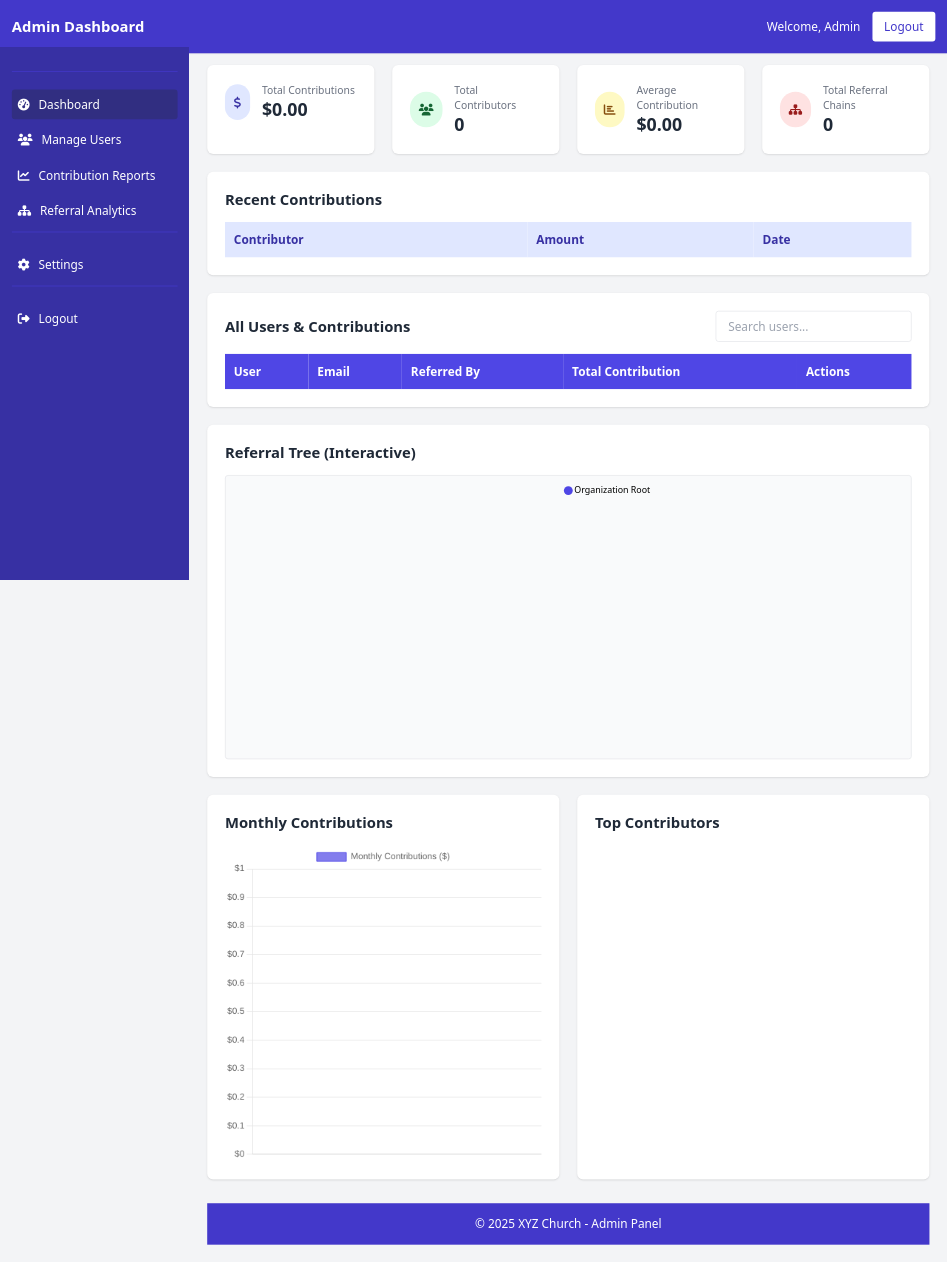
Repository: Lista-KM/church-platform
Page: http://localhost/admin/dashboard.php
An editor plug-in stored every save of this project. The page is shown before and after the next save, followed by the edit.
The browser window is 1280 px wide. The pictures show the whole page, at 74% of full size.
Some web libraries are served in a nearby version. The page is run by PHP 8.4 with error messages shown; the project is at /var/www/html/. The session is filled in as if someone had signed in: {"user_id": 1, "is_admin": 1}. Other server files are loaded and not shown. Queries for data that is not in the repository find no rows.

Above is the page before, as saved 2025-04-15 19:10:45.

### admin/dashboard.php
<?php
// ADMIN DASHBOARD - admin_dashboard.php
include '../includes/auth.php';
include '../includes/functions.php';
include '../includes/db.php';

if (!($_SESSION['is_admin'] ?? false)) {
    header("Location: dashboard.php");
    exit();
}

// Total contributions
$stmt = $pdo->query("SELECT SUM(amount) as total FROM contributions");
$total_contributions = $stmt->fetch()['total'] ?? 0;

// Get contribution metrics
$stmt_monthly = $pdo->query("SELECT
                          DATE_FORMAT(contributed_at, '%Y-%m') as month,
                          SUM(amount) as total
                        FROM contributions
                        GROUP BY DATE_FORMAT(contributed_at, '%Y-%m')
                        ORDER BY month DESC
                        LIMIT 6");
$monthly_data = $stmt_monthly->fetchAll();

// Average contribution
$stmt_avg = $pdo->query("SELECT AVG(amount) as average FROM contributions");
$avg_contribution = $stmt_avg->fetch()['average'] ?? 0;

// Total contributors
$stmt_contributors = $pdo->query("SELECT COUNT(DISTINCT user_id) as total FROM contributions");
$total_contributors = $stmt_contributors->fetch()['total'] ?? 0;

// Top 5 contributors
$stmt_top = $pdo->query("SELECT users.name, SUM(contributions.amount) as total
                      FROM contributions
                      JOIN users ON users.id = contributions.user_id
                      GROUP BY user_id
                      ORDER BY total DESC
                      LIMIT 5");
$top_contributors = $stmt_top->fetchAll();

// Recent contributions
$stmt_recent = $pdo->query("SELECT users.name, contributions.amount, contributions.contributed_at
                       FROM contributions
                       JOIN users ON users.id = contributions.user_id
                       ORDER BY contributed_at DESC
                       LIMIT 10");
$recent_contributions = $stmt_recent->fetchAll();

// Get all users and their contributions
$tree_stmt = $pdo->query("SELECT users.name, users.email, users.id, users.referred_by, COALESCE(SUM(contributions.amount),0) as total_contribution FROM users LEFT JOIN contributions ON users.id = contributions.user_id GROUP BY users.id");
$tree_data = $tree_stmt->fetchAll();
$users = $tree_data;

?>
<!DOCTYPE html>
<html lang="en">

<head>
    <meta charset="UTF-8">
    <meta name="viewport" content="width=device-width, initial-scale=1.0">
    <title>Admin Dashboard</title>
    <script src="https://cdn.tailwindcss.com"></script>
    <script src="https://d3js.org/d3.v7.min.js"></script>
    <script src="https://cdnjs.cloudflare.com/ajax/libs/Chart.js/3.9.1/chart.min.js"></script>
    <link rel="stylesheet" href="https://cdnjs.cloudflare.com/ajax/libs/font-awesome/6.4.0/css/all.min.css">
</head>

<body class="bg-gray-100 text-gray-800">
    <!-- Header -->
    <header class="bg-indigo-700 text-white p-4 flex justify-between items-center shadow fixed w-full z-10">
        <div class="flex items-center">
            <button id="sidebar-toggle" class="mr-3 text-white md:hidden">
                <i class="fas fa-bars text-xl"></i>
            </button>
            <h1 class="text-xl font-semibold">Admin Dashboard</h1>
        </div>
        <div class="flex items-center space-x-4">
            <span class="hidden md:inline">Welcome, <?php echo htmlspecialchars($_SESSION['name'] ?? 'Admin'); ?></span>
            <a href="../logout.php"
                class="bg-white text-indigo-700 px-4 py-2 rounded hover:bg-gray-100 transition">Logout</a>
        </div>
    </header>

    <div class="flex pt-16">
        <!-- Sidebar -->
        <aside id="sidebar"
            class="bg-indigo-800 text-white w-64 min-h-screen fixed z-10 transition-transform duration-300 ease-in-out md:translate-x-0 transform -translate-x-full">
            <div class="p-4">
                <div class="border-b border-indigo-700 pb-4 mb-6">
                </div>
                <nav>
                    <ul class="space-y-2">
                        <li>
                            <a href="dashboard.php"
                                class="flex items-center p-2 rounded bg-indigo-900 hover:bg-indigo-900">
                                <i class="fas fa-tachometer-alt mr-3"></i>
                                <span>Dashboard</span>
                            </a>
                        </li>
                        <li>
                            <a href="manage_users.php" class="flex items-center p-2 rounded hover:bg-indigo-900">
                                <i class="fas fa-users mr-3"></i>
                                <span>Manage Users</span>
                            </a>
                        </li>
                        <li>
                            <a href="contribution_reports.php"
                                class="flex items-center p-2 rounded hover:bg-indigo-900">
                                <i class="fas fa-chart-line mr-3"></i>
                                <span>Contribution Reports</span>
                            </a>
                        </li>
                        <li>
                            <a href="referral_analytics.php" class="flex items-center p-2 rounded hover:bg-indigo-900">
                                <i class="fas fa-sitemap mr-3"></i>
                                <span>Referral Analytics</span>
                            </a>
                        </li>
                        <li class="pt-6 border-t border-indigo-700 mt-6">
                            <a href="settings.php" class="flex items-center p-2 rounded hover:bg-indigo-900">
                                <i class="fas fa-cog mr-3"></i>
                                <span>Settings</span>
                            </a>
                        </li>
                        <li class="pt-6 border-t border-indigo-700 mt-6">
                            <a href="../logout.php" class="flex items-center p-2 rounded hover:bg-indigo-900">
                                <i class="fas fa-sign-out-alt mr-3"></i>
                                <span>Logout</span>
                            </a>
                        </li>

                    </ul>
                </nav>
            </div>
        </aside>

        <!-- Main Content -->
        <main class="flex-1 p-6 md:ml-64 transition-all duration-300 ease-in-out overflow-x-hidden">
            <!-- Overview Cards -->
            <div class="grid grid-cols-1 md:grid-cols-2 lg:grid-cols-4 gap-6 mb-6">
                <div class="bg-white rounded-lg shadow p-6">
                    <div class="flex items-center">
                        <div class="p-3 rounded-full bg-indigo-100 text-indigo-800 mr-4">
                            <i class="fas fa-dollar-sign"></i>
                        </div>
                        <div>
                            <p class="text-sm text-gray-500">Total Contributions</p>
                            <p class="text-2xl font-bold">$<?php echo number_format($total_contributions, 2); ?></p>
                        </div>
                    </div>
                </div>

                <div class="bg-white rounded-lg shadow p-6">
                    <div class="flex items-center">
                        <div class="p-3 rounded-full bg-green-100 text-green-800 mr-4">
                            <i class="fas fa-users"></i>
                        </div>
                        <div>
                            <p class="text-sm text-gray-500">Total Contributors</p>
                            <p class="text-2xl font-bold"><?php echo $total_contributors; ?></p>
                        </div>
                    </div>
                </div>

                <div class="bg-white rounded-lg shadow p-6">
                    <div class="flex items-center">
                        <div class="p-3 rounded-full bg-yellow-100 text-yellow-800 mr-4">
                            <i class="fas fa-chart-bar"></i>
                        </div>
                        <div>
                            <p class="text-sm text-gray-500">Average Contribution</p>
                            <p class="text-2xl font-bold">$<?php echo number_format($avg_contribution, 2); ?></p>
                        </div>
                    </div>
                </div>

                <div class="bg-white rounded-lg shadow p-6">
                    <div class="flex items-center">
                        <div class="p-3 rounded-full bg-red-100 text-red-800 mr-4">
                            <i class="fas fa-sitemap"></i>
                        </div>
                        <div>
                            <p class="text-sm text-gray-500">Total Referral Chains</p>
                            <p class="text-2xl font-bold">
                                <?php echo count(array_filter($users, function($u) { return !$u['referred_by']; })); ?>
                            </p>
                        </div>
                    </div>
                </div>
            </div>



            <!-- Recent Activity -->
            <div class="bg-white rounded-lg shadow p-6 mb-6">
                <h3 class="text-xl font-semibold mb-4">Recent Contributions</h3>
                <div class="overflow-x-auto">
                    <table class="w-full table-auto">
                        <thead class="bg-indigo-100 text-indigo-800">
                            <tr>
                                <th class="p-3 text-left">Contributor</th>
                                <th class="p-3 text-left">Amount</th>
                                <th class="p-3 text-left">Date</th>
                            </tr>
                        </thead>
                        <tbody>
                            <?php foreach ($recent_contributions as $contribution): ?>
                            <tr class="border-b hover:bg-gray-50">
                                <td class="p-3"><?php echo htmlspecialchars($contribution['name']); ?></td>
                                <td class="p-3 font-semibold text-green-600">
                                    $<?php echo number_format($contribution['amount'], 2); ?></td>
                                <td class="p-3">
                                    <?php echo date('M j, Y g:i A', strtotime($contribution['contributed_at'])); ?></td>
                            </tr>
                            <?php endforeach; ?>
                        </tbody>
                    </table>
                </div>
            </div>

            <!-- User Table -->
            <div class="bg-white rounded-lg shadow p-6 mb-6">
                <div class="flex justify-between items-center mb-4">
                    <h3 class="text-xl font-semibold">All Users & Contributions</h3>
                    <div>
                        <input type="text" id="userSearch" placeholder="Search users..."
                            class="px-4 py-2 border rounded">
                    </div>
                </div>
                <div class="overflow-x-auto">
                    <table class="w-full table-auto" id="userTable">
                        <thead class="bg-indigo-600 text-white">
                            <tr>
                                <th class="p-3 text-left">User</th>
                                <th class="p-3 text-left">Email</th>
                                <th class="p-3 text-left">Referred By</th>
                                <th class="p-3 text-left">Total Contribution</th>
                                <th class="p-3 text-left">Actions</th>
                            </tr>
                        </thead>
                        <tbody>
                            <?php foreach ($users as $user): ?>
                            <tr class="border-b hover:bg-gray-50">
                                <td class="p-3"><?php echo htmlspecialchars($user['name']); ?></td>
                                <td class="p-3"><?php echo htmlspecialchars($user['email']); ?></td>
                                <td class="p-3">
                                    <?php
                  if ($user['referred_by']) {
                    $ref_stmt = $pdo->prepare("SELECT name FROM users WHERE id = ?");
                    $ref_stmt->execute([$user['referred_by']]);
                    $ref_name = $ref_stmt->fetch()['name'] ?? 'Unknown';
                    echo htmlspecialchars($ref_name);
                  } else {
                    echo 'None';
                  }
                  ?>
                                </td>
                                <td class="p-3 font-semibold text-green-600">
                                    $<?php echo number_format($user['total_contribution'] ?? 0, 2); ?></td>
                                <td class="p-3">
                                    <a href="user_detail.php?id=<?php echo $user['id']; ?>"
                                        class="text-indigo-600 hover:text-indigo-800">
                                        <i class="fas fa-eye mr-1"></i> View
                                    </a>
                                </td>
                            </tr>
                            <?php endforeach; ?>
                        </tbody>
                    </table>
                </div>
            </div>

            <!-- Referral Tree Visualization -->
            <div class="bg-white rounded-lg shadow p-6 mb-6">
                <h3 class="text-xl font-semibold mb-4">Referral Tree (Interactive)</h3>
                <div id="treeChart" class="w-full h-96 bg-gray-50 rounded border overflow-auto"></div>
            </div>

            <!-- Charts and Analytics -->
            <div class="grid grid-cols-1 lg:grid-cols-2 gap-6 mb-6">
                <!-- Monthly Contribution Chart -->
                <div class="bg-white rounded-lg shadow p-6">
                    <h3 class="text-xl font-semibold mb-4">Monthly Contributions</h3>
                    <canvas id="contributionChart" height="300"></canvas>
                </div>

                <!-- Top Contributors -->
                <div class="bg-white rounded-lg shadow p-6">
                    <h3 class="text-xl font-semibold mb-4">Top Contributors</h3>
                    <ul class="divide-y">
                        <?php foreach ($top_contributors as $contributor): ?>
                        <li class="py-3 flex justify-between items-center">
                            <span class="font-medium"><?php echo htmlspecialchars($contributor['name']); ?></span>
                            <span
                                class="text-green-600 font-bold">$<?php echo number_format($contributor['total'], 2); ?></span>
                        </li>
                        <?php endforeach; ?>
                    </ul>
                </div>
            </div>

            <!-- Footer -->
            <footer class="bg-indigo-700 text-white text-center py-4 mt-8">
                <p>&copy; 2025 XYZ Church - Admin Panel</p>
            </footer>

            <script>
            // Sidebar toggle functionality
            const sidebarToggle = document.getElementById('sidebar-toggle');
            const sidebar = document.getElementById('sidebar');
            const main = document.querySelector('main');

            sidebarToggle.addEventListener('click', () => {
                sidebar.classList.toggle('-translate-x-full');
                main.classList.toggle('md:ml-0');
            });

            // Handle window resize
            window.addEventListener('resize', () => {
                if (window.innerWidth >= 768) {
                    main.classList.add('md:ml-64');
                    sidebar.classList.add('md:translate-x-0');
                } else {
                    sidebar.classList.add('-translate-x-full');
                    main.classList.remove('md:ml-0');
                }
            });

            // User search functionality
            const userSearch = document.getElementById('userSearch');
            const userTable = document.getElementById('userTable');

            userSearch.addEventListener('keyup', function() {
                const searchText = this.value.toLowerCase();
                const rows = userTable.querySelectorAll('tbody tr');

                rows.forEach(row => {
                    const text = row.textContent.toLowerCase();
                    row.style.display = text.includes(searchText) ? '' : 'none';
                });
            });

            // Chart.js - Monthly Contribution Chart
            const months = [
                <?php foreach (array_reverse($monthly_data) as $data): ?> "<?php echo date('M Y', strtotime($data['month'] . '-01')); ?>",
                <?php endforeach; ?>
            ];

            const contributionData = [
                <?php foreach (array_reverse($monthly_data) as $data): ?>
                <?php echo $data['total']; ?>,
                <?php endforeach; ?>
            ];

            const ctx = document.getElementById('contributionChart').getContext('2d');
            new Chart(ctx, {
                type: 'bar',
                data: {
                    labels: months,
                    datasets: [{
                        label: 'Monthly Contributions ($)',
                        data: contributionData,
                        backgroundColor: 'rgba(79, 70, 229, 0.7)',
                        borderColor: 'rgba(79, 70, 229, 1)',
                        borderWidth: 1
                    }]
                },
                options: {
                    responsive: true,
                    scales: {
                        y: {
                            beginAtZero: true,
                            ticks: {
                                callback: function(value) {
                                    return '$' + value;
                                }
                            }
                        }
                    }
                }
            });

            // D3.js - Vertical Referral Tree
            const width = document.getElementById('treeChart').clientWidth;
            const height = document.getElementById('treeChart').clientHeight;

            const svg = d3.select("#treeChart")
                .append("svg")
                .attr("width", width)
                .attr("height", height);

            const g = svg.append("g")
                .attr("transform", "translate(50, 20)");

            // Create tree data structure
            const treeData = {
                name: "Organization Root",
                children: [
                    <?php foreach ($users as $user):
          if (!$user['referred_by']) { ?> {
                        name: "<?php echo addslashes($user['name']); ?>",
                        value: <?php echo $user['total_contribution'] ?? 0; ?>,
                        children: [
                            <?php
              // Get direct referrals
              $stmt2 = $pdo->prepare("SELECT name, id FROM users WHERE referred_by = ?");
              $stmt2->execute([$user['id']]);
              $refChildren = $stmt2->fetchAll();
              foreach ($refChildren as $child):
                // Get second-level referrals
                $stmt3 = $pdo->prepare("SELECT name, id FROM users WHERE referred_by = ?");
                $stmt3->execute([$child['id']]);
                $grandChildren = $stmt3->fetchAll();
              ?> {
                                name: "<?php echo addslashes($child['name']); ?>",
                                children: [
                                    <?php foreach ($grandChildren as $grandChild): ?> {
                                        name: "<?php echo addslashes($grandChild['name']); ?>"
                                    },
                                    <?php endforeach; ?>
                                ]
                            },
                            <?php endforeach; ?>
                        ]
                    },
                    <?php } endforeach; ?>
                ]
            };

            // Create a hierarchical layout
            const root = d3.hierarchy(treeData);

            // Define tree layout
            const treeLayout = d3.tree()
                .size([width - 100, height - 40]);

            // Assign position to nodes
            treeLayout(root);

            // Draw links between nodes
            g.selectAll(".link")
                .data(root.links())
                .join("path")
                .attr("class", "link")
                .attr("d", d3.linkVertical()
                    .x(d => d.x)
                    .y(d => d.y))
                .attr("fill", "none")
                .attr("stroke", "#ccc");

            // Create node groups
            const node = g.selectAll(".node")
                .data(root.descendants())
                .join("g")
                .attr("class", "node")
                .attr("transform", d => `translate(${d.x},${d.y})`)
                .attr("cursor", "pointer")
                .on("mouseover", function() {
                    d3.select(this).select("circle").attr("r", 8);
                })
                .on("mouseout", function() {
                    d3.select(this).select("circle").attr("r", 6);
                });

            // Add circles to nodes
            node.append("circle")
                .attr("r", 6)
                .attr("fill", d => d.depth === 0 ? "#4F46E5" : (d.data.value > 1000 ? "#10B981" : "#6366F1"));

            // Add labels to nodes
            node.append("text")
                .attr("dy", ".31em")
                .attr("x", d => d.children ? -8 : 8)
                .attr("text-anchor", d => d.children ? "end" : "start")
                .text(d => d.data.name)
                .style("font-size", "12px");

            // Add zoom behavior
            const zoom = d3.zoom()
                .scaleExtent([0.5, 3])
                .on("zoom", (event) => {
                    g.attr("transform", event.transform);
                });

            svg.call(zoom);
            </script>
</body>

</html>

### includes/auth.php
<?php
session_start();
if (!isset($_SESSION['user_id'])) {
    header("Location: ../login.php");
    exit();
}

### includes/functions.php
<?php
function sanitize($input) {
    return htmlspecialchars(trim($input), ENT_QUOTES, 'UTF-8');
}

### includes/db.php
<?php
$host = 'localhost';
$db   = 'church_platform';
$user = 'lista';
$pass = 'farmgate@2024!';
$charset = 'utf8mb4';

$dsn = "mysql:host=$host;dbname=$db;charset=$charset";
$options = [
    PDO::ATTR_ERRMODE            => PDO::ERRMODE_EXCEPTION,
    PDO::ATTR_DEFAULT_FETCH_MODE => PDO::FETCH_ASSOC,
];

try {
    $pdo = new PDO($dsn, $user, $pass, $options);
} catch (\PDOException $e) {
    exit("Database connection failed: " . $e->getMessage());
}

After the next save:
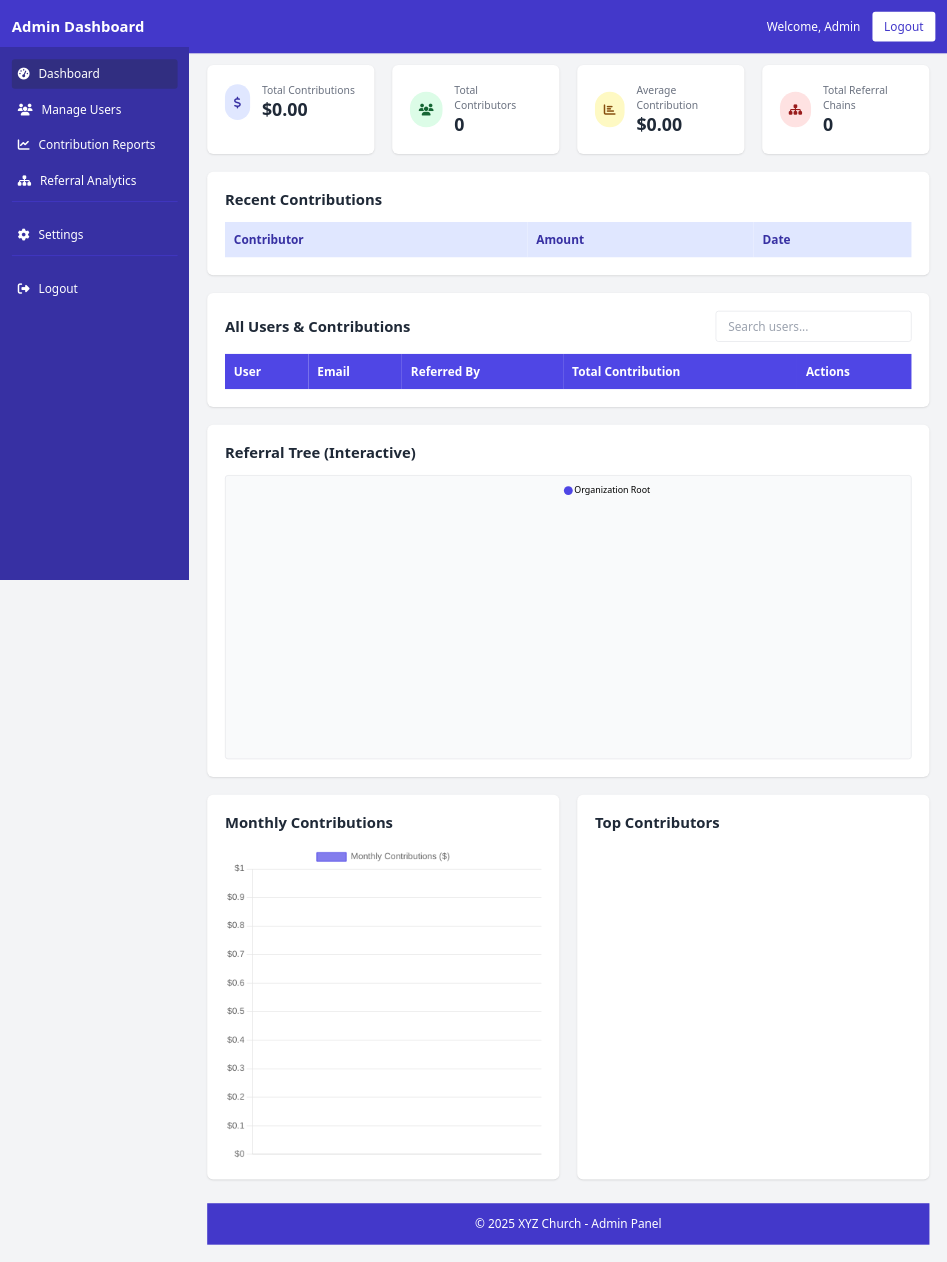
Saved 10 s later.
--- a/admin/dashboard.php
+++ b/admin/dashboard.php
@@ -88,8 +88,7 @@ $users = $tree_data;
         <aside id="sidebar"
             class="bg-indigo-800 text-white w-64 min-h-screen fixed z-10 transition-transform duration-300 ease-in-out md:translate-x-0 transform -translate-x-full">
             <div class="p-4">
-                <div class="border-b border-indigo-700 pb-4 mb-6">
-                </div>
+
                 <nav>
                     <ul class="space-y-2">
                         <li>
